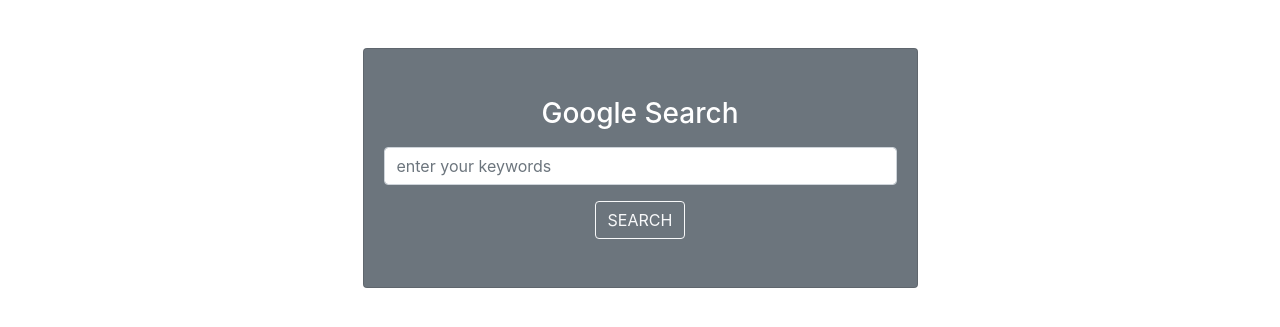
Repository: nksharma514/spring
Page: http://localhost/com.springmvc.search/home
The author's editor kept a copy of each file at every save. The page is drawn from the files as they stood at one save, then again after the next save.
The browser window is 1280 px wide. The pictures show the whole page.
Some web libraries are served in a nearby version. The page is served by Tomcat 9.

Above is the page before, as saved 2023-08-14 21:11:48.

After the next save:
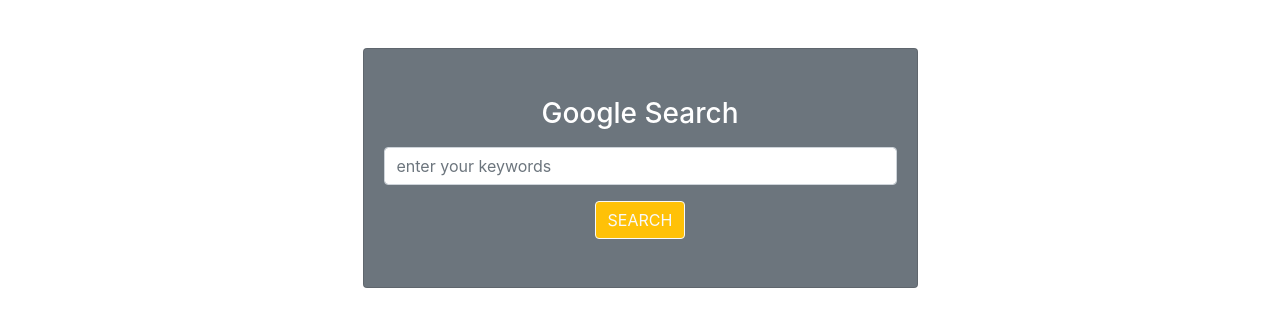
Saved 66 s later.
--- a/com.springmvc.search/src/main/webapp/WEB-INF/views/home.jsp
+++ b/com.springmvc.search/src/main/webapp/WEB-INF/views/home.jsp
@@ -31,7 +31,7 @@
 					</div>
 
 					<div class="container text-center">
-						<button class="btn btn-outline-light"
+						<button class="btn btn-outline-light bg-warning"
 							style="text-transform: uppercase">Search</button>
 					</div>
 
